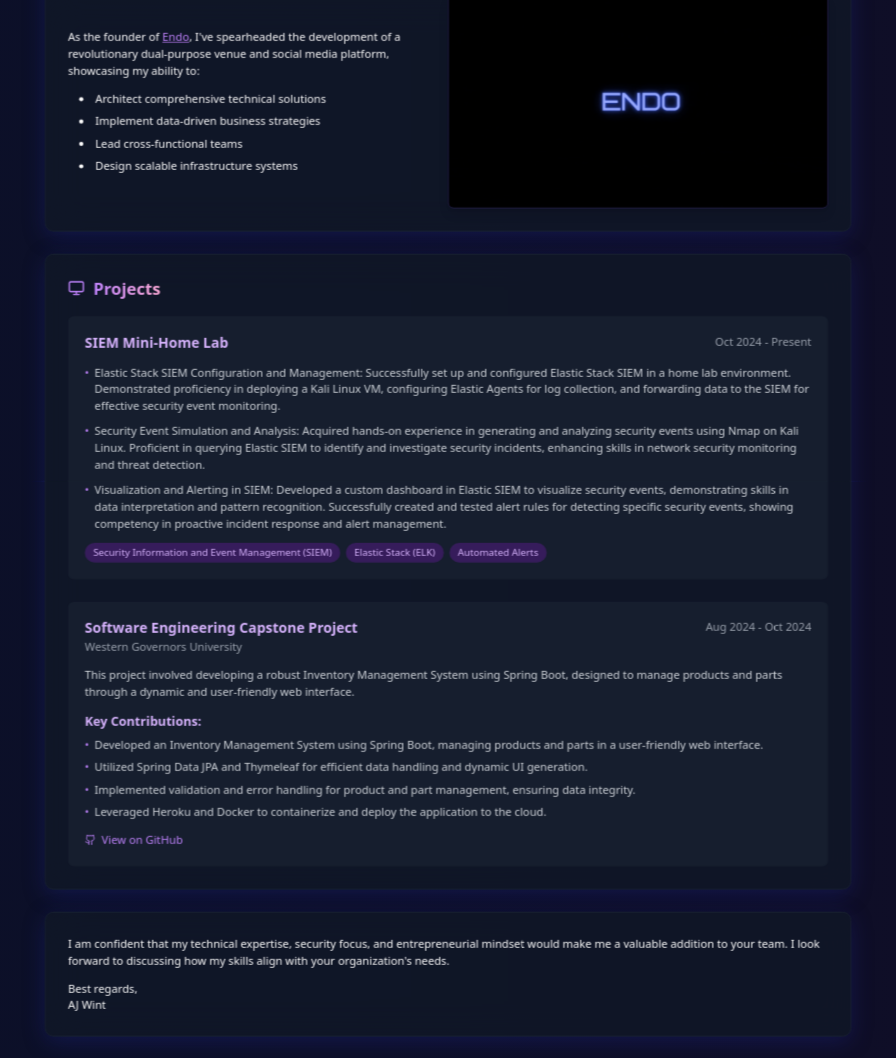
Repository: ajwint-cs/SWE-Cover-Letter
Page: /
An editor plug-in stored every save of this project. The page is shown before and after the next save, followed by the edit.
The browser window is 1280 px wide. The pictures show the part of the page from y = 1592 to 3512 px (the page is 3104 px tall before and 3512 px after), at 70% of full size.
The project was rebuilt for these pictures with package versions that can differ from the ones it lists, and the page was loaded fresh each time. Also part of the build but not shown: vite.config.ts.

Above is the page before, as saved 2025-04-06 15:40:05.

### index.html
<!doctype html>
<html lang="en">
  <head>
    <meta charset="UTF-8" />
    <link rel="icon" type="image/svg+xml" href="/vite.svg" />
    <meta name="viewport" content="width=device-width, initial-scale=1.0" />
    <title>AJ: Software Engineer and Entrepreneur</title>
  </head>
  <body>
    <div id="root"></div>
    <script type="module" src="/src/main.tsx"></script>
  </body>
</html>

### src/App.tsx
import {
  Github,
  Mail,
  Linkedin,
  Terminal,
  Award,
  Code,
  Shield,
  Briefcase,
  GraduationCap,
  Monitor,
} from "lucide-react";
import React from "react";
import profileImage from "./assets/1690407207382.jpeg";
import endoBanner from "./assets/Endo (Youtube Banner).gif";

function App() {
  return (
    <div className="min-h-screen bg-black text-white p-8 relative overflow-hidden">
      {/* Animated gradient background */}
      <div className="absolute inset-0 bg-gradient-to-r from-purple-900/30 via-blue-900/30 to-indigo-900/30 animate-gradient-xy"></div>

      <div className="max-w-6xl mx-auto space-y-8 relative">
        {/* Profile Section */}
        <div className="backdrop-blur-xl bg-gray-900/80 rounded-xl p-8 shadow-[0_8px_32px_0_rgba(31,38,135,0.37)] border border-gray-800 hover:bg-gray-800/80 transition-all duration-300">
          <div className="flex flex-col md:flex-row items-center gap-8">
            <div className="relative group">
              <div className="w-48 h-48 rounded-full overflow-hidden transform transition-transform duration-300 group-hover:scale-105 group-hover:rotate-3">
                <img
                  src={profileImage}
                  alt="Profile"
                  className="w-full h-full object-cover"
                />
              </div>
            </div>
            <div className="flex-1 text-center md:text-left">
              <h1 className="text-4xl font-bold bg-gradient-to-r from-purple-400 to-pink-300 bg-clip-text text-transparent mb-2">
                AJ Wint
              </h1>
              <h2 className="text-2xl text-purple-300 mb-4">
                Software Engineer | IT/Cybersecurity | Founder of Endo
              </h2>
              <div className="flex gap-4 justify-center md:justify-start">
                <a
                  href="mailto:Ajwint.cs@gmail.com"
                  className="hover:text-purple-400 transition-colors transform hover:scale-110"
                >
                  <Mail className="w-6 h-6" />
                </a>
                <a
                  href="https://github.com/MDZAJ-exe"
                  className="hover:text-purple-400 transition-colors transform hover:scale-110"
                >
                  <Github className="w-6 h-6" />
                </a>
                <a
                  href="https://linkedin.com/in/aj-in-cs"
                  className="hover:text-purple-400 transition-colors transform hover:scale-110"
                >
                  <Linkedin className="w-6 h-6" />
                </a>
              </div>
            </div>
          </div>
        </div>

        {/* Education Section */}
        <div className="backdrop-blur-xl bg-gray-900/80 rounded-xl p-8 shadow-[0_8px_32px_0_rgba(31,38,135,0.37)] border border-gray-800 hover:bg-gray-800/80 transition-all duration-300">
          <div className="flex items-center gap-3 mb-6">
            <GraduationCap className="w-6 h-6 text-purple-400" />
            <h2 className="text-2xl font-bold bg-gradient-to-r from-purple-400 to-pink-300 bg-clip-text text-transparent">
              Education
            </h2>
          </div>
          <div className="space-y-4">
            <div className="flex flex-col md:flex-row justify-between items-start">
              <div>
                <h3 className="text-xl font-semibold text-purple-300">
                  Bachelor of Science: Software Engineering
                </h3>
                <p className="text-gray-300">Western Governors University</p>
              </div>
              <a
                href="https://www.linkedin.com/in/aj-in-cs/details/certifications/"
                target="_blank"
                rel="noopener noreferrer"
                className="text-purple-400 hover:text-purple-300 underline mt-2 md:mt-0"
              >
                View Credentials
              </a>
            </div>
          </div>
        </div>

        {/* Technical Expertise Section */}
        <div className="backdrop-blur-xl bg-gray-900/80 rounded-xl p-8 shadow-[0_8px_32px_0_rgba(31,38,135,0.37)] border border-gray-800 hover:bg-gray-800/80 transition-all duration-300">
          <div className="flex items-center gap-3 mb-6">
            <Code className="w-6 h-6 text-purple-400" />
            <h2 className="text-2xl font-bold bg-gradient-to-r from-purple-400 to-pink-300 bg-clip-text text-transparent">
              Technical Expertise
            </h2>
          </div>
          <div className="space-y-4">
            <p>
              As a certified IT professional and LLM trainer at DataAnnotation,
              I blend hands-on AI model evaluation with growing technical
              expertise. My dual roles as an AI tester and Project Lead
              Developer at my startup, Endo, showcase my ability to both assess
              cutting-edge AI technologies and architect comprehensive technical
              solutions. With certifications including AWS Cloud Practitioner
              and CompTIA Security+, I bring a solid foundation in cloud
              computing and cybersecurity.
            </p>
            <p>
              My practical experience includes building enterprise-level
              infrastructure through home lab implementations, where I've
              deployed SIEM systems and managed network architectures. I'm
              passionate about staying ahead of technology trends, which drives
              my continuous learning in cloud solutions, AI development, and
              cybersecurity. My passion for IT and cybersecurity comes from my
              love for evolving technology and its uses, which allows me to
              learn and tackle diverse technical challenges with interest and
              confidence.
            </p>
          </div>
        </div>

        {/* Certifications Section */}
        <div className="backdrop-blur-xl bg-gray-900/80 rounded-xl p-8 shadow-[0_8px_32px_0_rgba(31,38,135,0.37)] border border-gray-800 hover:bg-gray-800/80 transition-all duration-300">
          <div className="flex items-center gap-3 mb-6">
            <Award className="w-6 h-6 text-purple-400" />
            <h2 className="text-2xl font-bold bg-gradient-to-r from-purple-400 to-pink-300 bg-clip-text text-transparent">
              Certifications
            </h2>
          </div>
          <div className="grid grid-cols-1 md:grid-cols-2 gap-4">
            <div className="p-4 bg-gray-800/80 rounded-lg transform transition-all duration-300 hover:scale-105 hover:bg-gray-700/80 hover:shadow-lg cursor-pointer">
              <h3 className="font-semibold text-purple-300">
                Google Certifications
              </h3>
              <ul className="mt-2 space-y-1">
                <li>• Google IT Support</li>
                <li>• Google Cybersecurity Certificate</li>
              </ul>
            </div>
            <div className="p-4 bg-gray-800/80 rounded-lg transform transition-all duration-300 hover:scale-105 hover:bg-gray-700/80 hover:shadow-lg cursor-pointer">
              <h3 className="font-semibold text-purple-300">CompTIA</h3>
              <ul className="mt-2 space-y-1">
                <li>• CompTIA Project+</li>
                <li>• CompTIA Security+</li>
              </ul>
            </div>
            <div className="p-4 bg-gray-800/80 rounded-lg transform transition-all duration-300 hover:scale-105 hover:bg-gray-700/80 hover:shadow-lg cursor-pointer">
              <h3 className="font-semibold text-purple-300">
                WGU Certificates
              </h3>
              <ul className="mt-2 space-y-1">
                <li>• Back-End Developer</li>
                <li>• Front-End Developer</li>
              </ul>
            </div>
            <div className="p-4 bg-gray-800/80 rounded-lg transform transition-all duration-300 hover:scale-105 hover:bg-gray-700/80 hover:shadow-lg cursor-pointer">
              <h3 className="font-semibold text-purple-300">
                Additional Certifications
              </h3>
              <ul className="mt-2 space-y-1">
                <li>• AWS Certified Cloud Practitioner</li>
                <li>• IS-241C: Decision-Making and Problem-Solving</li>
              </ul>
            </div>
          </div>
        </div>

        {/* Cybersecurity Focus */}
        <div className="backdrop-blur-xl bg-gray-900/80 rounded-xl p-8 shadow-[0_8px_32px_0_rgba(31,38,135,0.37)] border border-gray-800 hover:bg-gray-800/80 transition-all duration-300">
          <div className="flex items-center gap-3 mb-6">
            <Shield className="w-6 h-6 text-purple-400" />
            <h2 className="text-2xl font-bold bg-gradient-to-r from-purple-400 to-pink-300 bg-clip-text text-transparent">
              Cybersecurity Focus
            </h2>
          </div>
          <div className="space-y-4">
            <p>
              My commitment to cybersecurity is evidenced by my extensive
              certification portfolio and hands-on experience with TryHackMe
              labs, demonstrating my practical approach to protecting sensitive
              information.
            </p>
          </div>
        </div>

        {/* Leadership & Innovation */}
        <div className="backdrop-blur-xl bg-gray-900/80 rounded-xl p-8 shadow-[0_8px_32px_0_rgba(31,38,135,0.37)] border border-gray-800 hover:bg-gray-800/80 transition-all duration-300">
          <div className="flex items-center gap-3 mb-6">
            <Briefcase className="w-6 h-6 text-purple-400" />
            <h2 className="text-2xl font-bold bg-gradient-to-r from-purple-400 to-pink-300 bg-clip-text text-transparent">
              Leadership & Innovation
            </h2>
          </div>
          <div className="space-y-4">
            <div className="flex flex-col md:flex-row gap-8 items-center">
              <div className="flex-1 space-y-4">
                <p>
                  As the founder of{" "}
                  <a
                    href="https://endoexe.netlify.app/"
                    className="text-purple-400 hover:text-purple-300 underline"
                    target="_blank"
                    rel="noopener noreferrer"
                  >
                    Endo
                  </a>
                  , I've spearheaded the development of a revolutionary
                  dual-purpose venue and social media platform, showcasing my
                  ability to:
                </p>
                <ul className="list-disc list-inside space-y-2 ml-4">
                  <li>Architect comprehensive technical solutions</li>
                  <li>Implement data-driven business strategies</li>
                  <li>Lead cross-functional teams</li>
                  <li>Design scalable infrastructure systems</li>
                </ul>
              </div>
              <div className="w-full md:w-1/2">
                <img
                  src={endoBanner}
                  alt="Endo Logo Animation"
                  className="w-full rounded-lg shadow-lg border border-purple-500/20"
                />
              </div>
            </div>
          </div>
        </div>
        {/* Projects Section - Add this after Leadership & Innovation */}
        <div className="backdrop-blur-xl bg-gray-900/80 rounded-xl p-8 shadow-[0_8px_32px_0_rgba(31,38,135,0.37)] border border-gray-800 hover:bg-gray-800/80 transition-all duration-300">
          <div className="flex items-center gap-3 mb-6">
            <Monitor className="w-6 h-6 text-purple-400" />
            <h2 className="text-2xl font-bold bg-gradient-to-r from-purple-400 to-pink-300 bg-clip-text text-transparent">
              Projects
            </h2>
          </div>

          {/* SIEM Project */}
          <div className="mb-8 p-6 bg-gray-800/50 rounded-lg hover:bg-gray-800/70 transition-all duration-300">
            <div className="flex justify-between items-start mb-4">
              <h3 className="text-xl font-semibold text-purple-300">
                SIEM Mini-Home Lab
              </h3>
              <span className="text-gray-400">Oct 2024 - Present</span>
            </div>
            <ul className="space-y-3 text-gray-300">
              <li className="flex gap-2">
                <span className="text-purple-400">•</span>
                <span>
                  Elastic Stack SIEM Configuration and Management: Successfully
                  set up and configured Elastic Stack SIEM in a home lab
                  environment. Demonstrated proficiency in deploying a Kali
                  Linux VM, configuring Elastic Agents for log collection, and
                  forwarding data to the SIEM for effective security event
                  monitoring.
                </span>
              </li>
              <li className="flex gap-2">
                <span className="text-purple-400">•</span>
                <span>
                  Security Event Simulation and Analysis: Acquired hands-on
                  experience in generating and analyzing security events using
                  Nmap on Kali Linux. Proficient in querying Elastic SIEM to
                  identify and investigate security incidents, enhancing skills
                  in network security monitoring and threat detection.
                </span>
              </li>
              <li className="flex gap-2">
                <span className="text-purple-400">•</span>
                <span>
                  Visualization and Alerting in SIEM: Developed a custom
                  dashboard in Elastic SIEM to visualize security events,
                  demonstrating skills in data interpretation and pattern
                  recognition. Successfully created and tested alert rules for
                  detecting specific security events, showing competency in
                  proactive incident response and alert management.
                </span>
              </li>
            </ul>
            <div className="mt-4 flex flex-wrap gap-2">
              <span className="px-3 py-1 bg-purple-900/50 rounded-full text-sm text-purple-300">
                Security Information and Event Management (SIEM)
              </span>
              <span className="px-3 py-1 bg-purple-900/50 rounded-full text-sm text-purple-300">
                Elastic Stack (ELK)
              </span>
              <span className="px-3 py-1 bg-purple-900/50 rounded-full text-sm text-purple-300">
                Automated Alerts
              </span>
            </div>
          </div>

          {/* Capstone Project */}
          <div className="p-6 bg-gray-800/50 rounded-lg hover:bg-gray-800/70 transition-all duration-300">
            <div className="flex justify-between items-start mb-4">
              <div>
                <h3 className="text-xl font-semibold text-purple-300">
                  Software Engineering Capstone Project
                </h3>
                <p className="text-gray-400">Western Governors University</p>
              </div>
              <span className="text-gray-400">Aug 2024 - Oct 2024</span>
            </div>
            <p className="mb-4 text-gray-300">
              This project involved developing a robust Inventory Management
              System using Spring Boot, designed to manage products and parts
              through a dynamic and user-friendly web interface.
            </p>
            <div className="mb-4">
              <h4 className="text-lg font-semibold text-purple-300 mb-2">
                Key Contributions:
              </h4>
              <ul className="space-y-2 text-gray-300">
                <li className="flex gap-2">
                  <span className="text-purple-400">•</span>
                  <span>
                    Developed an Inventory Management System using Spring Boot,
                    managing products and parts in a user-friendly web
                    interface.
                  </span>
                </li>
                <li className="flex gap-2">
                  <span className="text-purple-400">•</span>
                  <span>
                    Utilized Spring Data JPA and Thymeleaf for efficient data
                    handling and dynamic UI generation.
                  </span>
                </li>
                <li className="flex gap-2">
                  <span className="text-purple-400">•</span>
                  <span>
                    Implemented validation and error handling for product and
                    part management, ensuring data integrity.
                  </span>
                </li>
                <li className="flex gap-2">
                  <span className="text-purple-400">•</span>
                  <span>
                    Leveraged Heroku and Docker to containerize and deploy the
                    application to the cloud.
                  </span>
                </li>
              </ul>
            </div>
            <a
              href="https://github.com/mdzaj-exe/cybersecurity-portfolio/tree/main/Web%20Development%20Projects/Spring-PC%20Shop%20Web%20App"
              target="_blank"
              rel="noopener noreferrer"
              className="inline-flex items-center gap-2 text-purple-400 hover:text-purple-300 transition-colors"
            >
              <Github className="w-4 h-4" />
              <span>View on GitHub</span>
            </a>
          </div>
        </div>
        {/* Closing Section */}
        <div className="backdrop-blur-xl bg-gray-900/80 rounded-xl p-8 shadow-[0_8px_32px_0_rgba(31,38,135,0.37)] border border-gray-800 hover:bg-gray-800/80 transition-all duration-300">
          <div className="space-y-4">
            <p>
              I am confident that my technical expertise, security focus, and
              entrepreneurial mindset would make me a valuable addition to your
              team. I look forward to discussing how my skills align with your
              organization's needs.
            </p>
            <p className="mt-6">
              Best regards,
              <br />
              AJ Wint
            </p>
          </div>
        </div>
      </div>
    </div>
  );
}

export default App;

### src/index.css
@tailwind base;
@tailwind components;
@tailwind utilities;

@keyframes gradient-xy {
  0%, 100% {
    background-size: 400% 400%;
    background-position: left top;
  }
  25% {
    background-size: 400% 400%;
    background-position: right top;
  }
  50% {
    background-size: 400% 400%;
    background-position: right bottom;
  }
  75% {
    background-size: 400% 400%;
    background-position: left bottom;
  }
}

.animate-gradient-xy {
  animation: gradient-xy 15s ease infinite;
}

Loaded but not shown: src/main.tsx (common file); tailwind.config.js (common file)

After the next save:
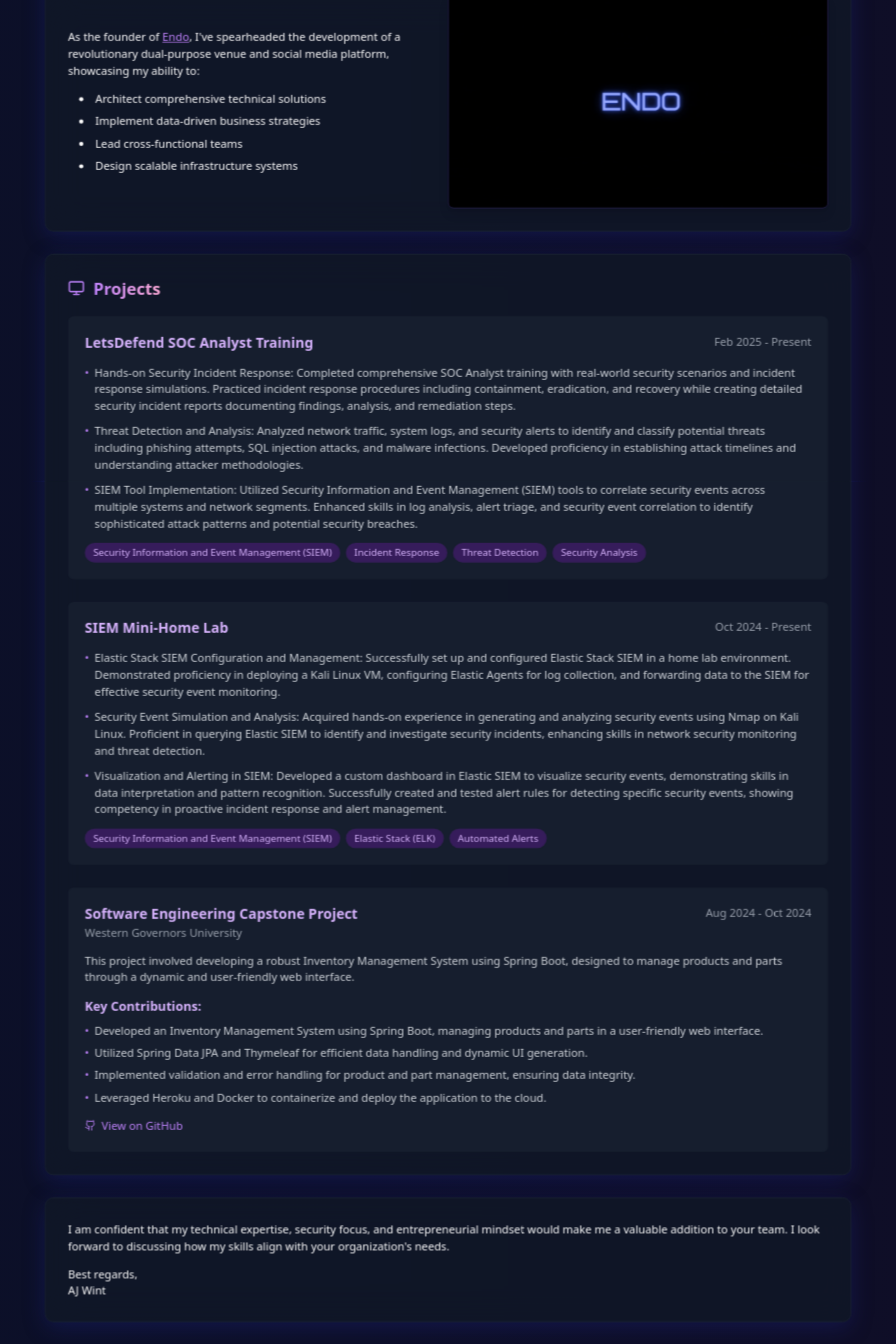
Saved 5 min 47 s later.
--- a/src/App.tsx
+++ b/src/App.tsx
@@ -238,6 +238,64 @@
             <h2 className="text-2xl font-bold bg-gradient-to-r from-purple-400 to-pink-300 bg-clip-text text-transparent">
               Projects
             </h2>
+          </div>
+          {/* LetsDefend SOC Analyst Training */}
+          <div className="mb-8 p-6 bg-gray-800/50 rounded-lg hover:bg-gray-800/70 transition-all duration-300">
+            <div className="flex justify-between items-start mb-4">
+              <h3 className="text-xl font-semibold text-purple-300">
+                LetsDefend SOC Analyst Training
+              </h3>
+              <span className="text-gray-400">Feb 2025 - Present</span>
+            </div>
+            <ul className="space-y-3 text-gray-300">
+              <li className="flex gap-2">
+                <span className="text-purple-400">•</span>
+                <span>
+                  Hands-on Security Incident Response: Completed comprehensive
+                  SOC Analyst training with real-world security scenarios and
+                  incident response simulations. Practiced incident response
+                  procedures including containment, eradication, and recovery
+                  while creating detailed security incident reports documenting
+                  findings, analysis, and remediation steps.
+                </span>
+              </li>
+              <li className="flex gap-2">
+                <span className="text-purple-400">•</span>
+                <span>
+                  Threat Detection and Analysis: Analyzed network traffic,
+                  system logs, and security alerts to identify and classify
+                  potential threats including phishing attempts, SQL injection
+                  attacks, and malware infections. Developed proficiency in
+                  establishing attack timelines and understanding attacker
+                  methodologies.
+                </span>
+              </li>
+              <li className="flex gap-2">
+                <span className="text-purple-400">•</span>
+                <span>
+                  SIEM Tool Implementation: Utilized Security Information and
+                  Event Management (SIEM) tools to correlate security events
+                  across multiple systems and network segments. Enhanced skills
+                  in log analysis, alert triage, and security event correlation
+                  to identify sophisticated attack patterns and potential
+                  security breaches.
+                </span>
+              </li>
+            </ul>
+            <div className="mt-4 flex flex-wrap gap-2">
+              <span className="px-3 py-1 bg-purple-900/50 rounded-full text-sm text-purple-300">
+                Security Information and Event Management (SIEM)
+              </span>
+              <span className="px-3 py-1 bg-purple-900/50 rounded-full text-sm text-purple-300">
+                Incident Response
+              </span>
+              <span className="px-3 py-1 bg-purple-900/50 rounded-full text-sm text-purple-300">
+                Threat Detection
+              </span>
+              <span className="px-3 py-1 bg-purple-900/50 rounded-full text-sm text-purple-300">
+                Security Analysis
+              </span>
+            </div>
           </div>
 
           {/* SIEM Project */}
